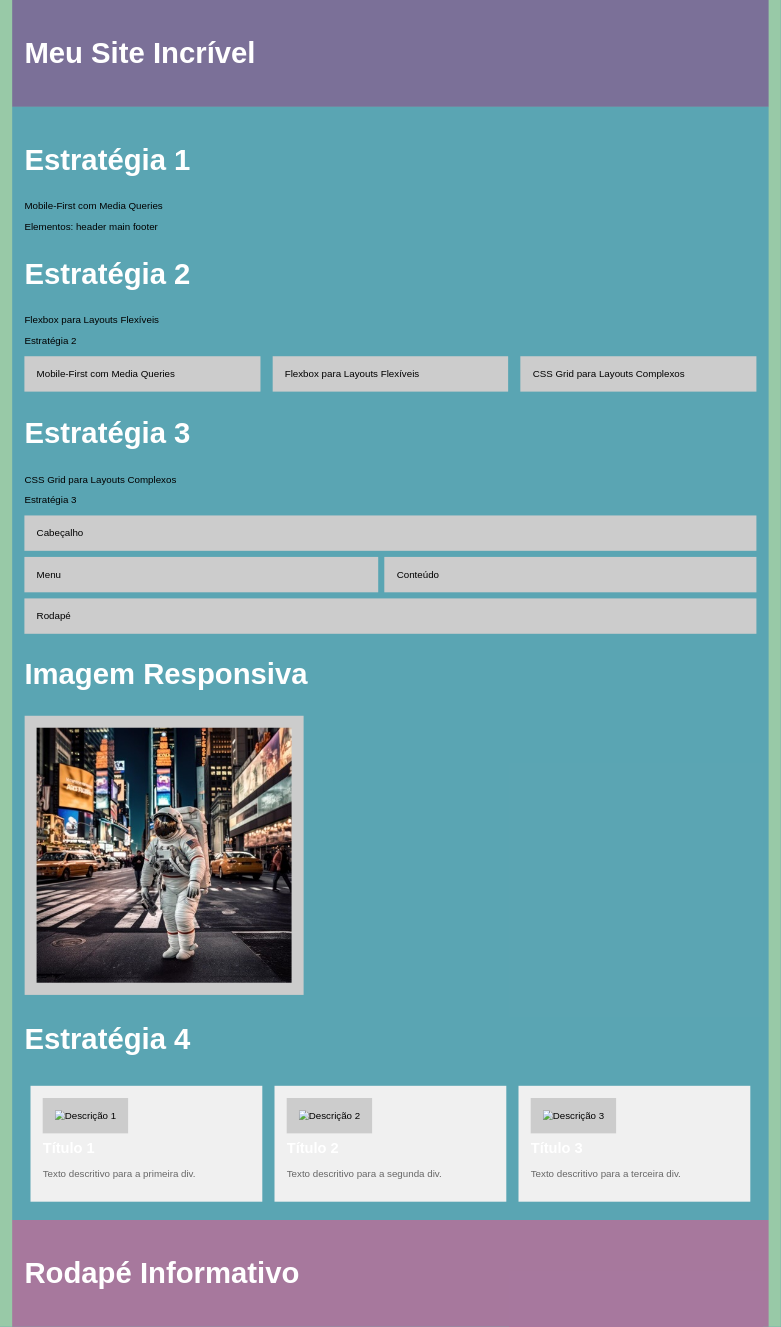
Repository: douglasabnovato/model-lp
Page: index.html
An editor plug-in stored every save of this project. The page is shown before and after the next save, followed by the edit.
The browser window is 1280 px wide. The pictures show the whole page, at 61% of full size.

Above is the page before, as saved 2025-02-25 11:52:57.
Not found: imagem1.jpg
Not found: imagem2.jpg
Not found: imagem3.jpg

### index.html
<!DOCTYPE html>
<html lang="pt-br">
  <head>
    <meta charset="UTF-8" />
    <meta name="viewport" content="width=device-width, initial-scale=1.0" />
    <title>Filmes Épicos</title>
    <link rel="stylesheet" type="text/css" href="./style.css" />
  </head>
  <body>
    <header>
      <h2>Meu Site Incrível</h2>
    </header>
    <main>
      <h2>Estratégia 1</h2>
      <p>Mobile-First com Media Queries</p>
      <p>Elementos: header main footer</p>

      <h2>Estratégia 2</h2>
      <p>Flexbox para Layouts Flexíveis</p>
      <p>Estratégia 2</p>
      <div class="flex-container">
        <div class="flex-item">Mobile-First com Media Queries</div>
        <div class="flex-item">Flexbox para Layouts Flexíveis</div>
        <div class="flex-item">CSS Grid para Layouts Complexos</div>
      </div>

      <h2>Estratégia 3</h2>
      <p>CSS Grid para Layouts Complexos</p>
      <p>Estratégia 3</p>
      <div class="grid-container">
        <div class="grid-item">Cabeçalho</div>
        <div class="grid-item">Menu</div>
        <div class="grid-item">Conteúdo</div>
        <div class="grid-item">Rodapé</div>
      </div>

      <h2>Imagem Responsiva</h2>
      <div class="imgResponsive">
        <img
          src="./assets/astronauta-418.jpg"
          alt="Astronauta"
        />
      </div>

      <h2>Estratégia 4</h2>
      <div class="container">
        <div class="filha">
          <img src="imagem1.jpg" alt="Descrição 1">
          <h2>Título 1</h2>
          <p>Texto descritivo para a primeira div.</p>
        </div>
        <div class="filha">
          <img src="imagem2.jpg" alt="Descrição 2">
          <h2>Título 2</h2>
          <p>Texto descritivo para a segunda div.</p>
        </div>
        <div class="filha">
          <img src="imagem3.jpg" alt="Descrição 3">
          <h2>Título 3</h2>
          <p>Texto descritivo para a terceira div.</p>
        </div>
      </div>



    </main>
    <footer>
      <h2>Rodapé Informativo</h2>
    </footer>
  </body>
</html>

### style.css
/* Estilos base para mobile */
body {
  font-family: Arial, sans-serif;
  margin: 0;
  background-color: #65691c77;
}

h2 {
  color: white;
  font-size: clamp(2rem, 5vw, 3rem);
}

header,
main,
footer {
  padding: 20px;
}

header {
  background-color: #5b0a8777;
}

main {
  background-color: #157bc077;
}

.flex-container {
  display: flex;
  flex-wrap: wrap;
  gap: 20px;
}

.flex-item {
  background-color: #ccc;
  padding: 20px;
  flex: 1 1 200px;
  box-sizing: border-box;
}

.grid-container {
  display: grid;
  grid-template-areas:
    "header header"
    "menu content"
    "footer footer";
  grid-gap: 10px;
}

.grid-item {
  background-color: #ccc;
  padding: 20px;
}

.grid-item:nth-child(1) {
  grid-area: header;
}

.grid-item:nth-child(2) {
  grid-area: menu;
}

.grid-item:nth-child(3) {
  grid-area: content;
}

.grid-item:nth-child(4) {
  grid-area: footer;
}

.imgResponsive{
    margin: 0;
    padding: 0;
  }

  img {
      padding: 20px;
      background-color: #ccc;
  }

footer {
  background-color: #b81b9377;
}

/* Media Query para telas maiores */
@media (min-width: 768px) {
  body {
    background-color: #238d4377;
  }

  header,
  main,
  footer {
    max-width: 1200px;
    margin: 0 auto;
  }
}

.container {
    display: flex;
    flex-wrap: wrap; /* Permite que as divs filhas "quebrem" para a próxima linha em telas menores */
    justify-content: space-between; /* Espaça as divs uniformemente */
  }

  .filha {
    flex: 1 1 30%; /* Cresce, encolhe e ocupa inicialmente 30% do espaço */
    box-sizing: border-box; /* Inclui padding e border no total da largura e altura */
    margin: 10px;
    padding: 20px;
    background-color: #f0f0f0;
  }

  .filha img {
    width: 100%;
    height: auto;
  }

  .filha h2 {
    font-size: 1.5em;
    margin-top: 10px;
  }

  .filha p {
    font-size: 1em;
    color: #666;
  }

  @media (max-width: 768px) {
    .filha {
      flex-basis: 100%; /* Em telas menores, cada div filha ocupa 100% da largura */
    }
  }

After the next save:
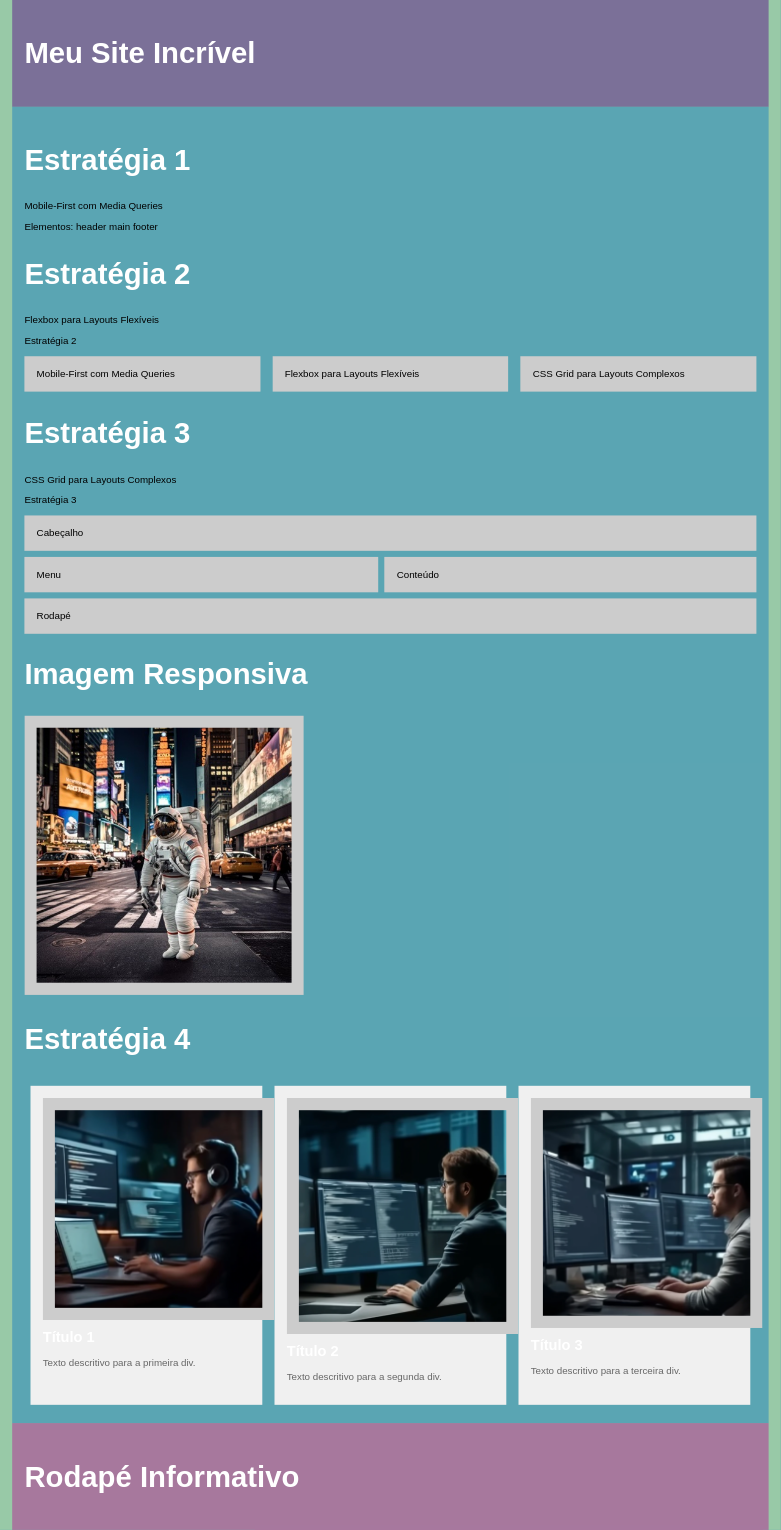
Saved 28 min 15 s later.
--- a/index.html
+++ b/index.html
@@ -45,17 +45,17 @@
       <h2>Estratégia 4</h2>
       <div class="container">
         <div class="filha">
-          <img src="imagem1.jpg" alt="Descrição 1">
+          <img src="./assets/developer-1.png" alt="Descrição 1">
           <h2>Título 1</h2>
           <p>Texto descritivo para a primeira div.</p>
         </div>
         <div class="filha">
-          <img src="imagem2.jpg" alt="Descrição 2">
+          <img src="./assets/developer-2.png" alt="Descrição 2">
           <h2>Título 2</h2>
           <p>Texto descritivo para a segunda div.</p>
         </div>
         <div class="filha">
-          <img src="imagem3.jpg" alt="Descrição 3">
+          <img src="./assets/developer-3.png" alt="Descrição 3">
           <h2>Título 3</h2>
           <p>Texto descritivo para a terceira div.</p>
         </div>
